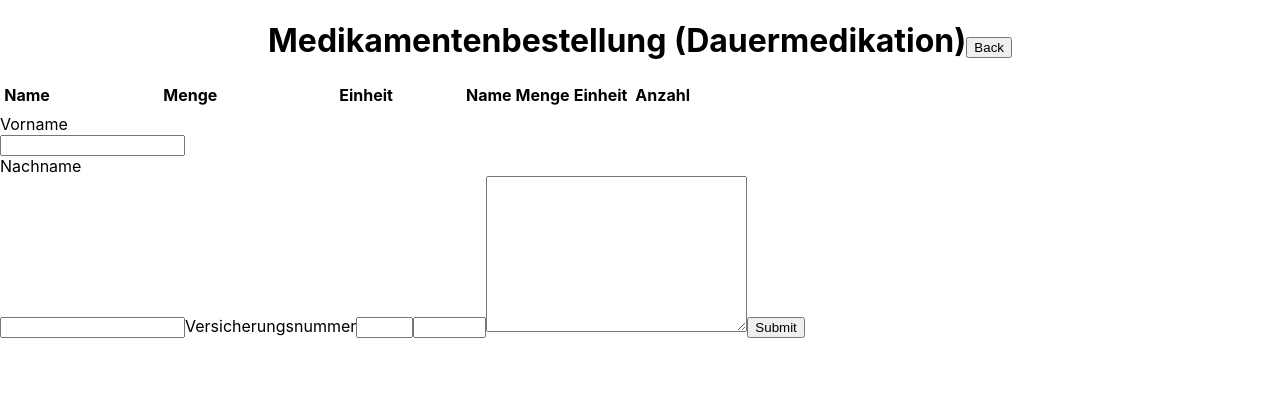
Repository: Esatollah/MedDemo
Page: / (app in client/)
An editor plug-in stored every save of this project. The page is shown before and after the next save, followed by the edit.
The browser window is 1280 px wide. The pictures show the whole page.
The page's requests for data from a server got no answer. The project was rebuilt for these pictures with package versions that can differ from the ones it lists, and the page was loaded fresh each time. No one was signed in, and anything a server would have sent is missing. Also part of the build but not shown: client/src/App.css, client/src/Routes/Bestellungen.jsx.

Above is the page before, as saved 2022-06-08 16:33:09.

### client/src/App.js
import './App.css';
import SearchBar from './Routes/Search';
import {BrowserRouter, Routes, Route} from 'react-router-dom'
import Bestellungen from './Routes/Bestellungen';
import ReactModal from 'react-modal';

ReactModal.setAppElement('#root')
function App() {
  return (
    <BrowserRouter>
    <Routes>
      <Route path='/' element={<div><SearchBar/></div>}/>
      <Route path='/bestellungen' element={<div><Bestellungen/></div>}/>
    </Routes>
    </BrowserRouter>
  );
}

export default App;

### client/src/Routes/Search.jsx
import React, { useState, useEffect } from 'react'
import DrugAPI from '../api/DrugAPI';
import Form from '../components/Form';
import './Search.css'


const Search = () => {

  const [searchinput, setSearchinput] = useState("Metformin");
  const [drugs, setDrugs] = useState([]);
  const [cartitems, setCartitems] = useState([]);

  // add loading screen, maybe with loading while drugs empty
  useEffect(() => {
    const fetchData = async () => {
      try {
        const result = await DrugAPI.get(`/?drugsearch=${searchinput}`)
        setDrugs(result.data.meds)
      } catch (err) {
        console.error(err);
      }
    }

    fetchData();

  }, [searchinput])

  const handleDrugClick = (e, x) => {
    const is_in_cart = cartitems.some(y => {
      if (y.id === x.id) {
        return true;
      }

      return false;
    })

    if (is_in_cart) {
      return
    }
    let temp = { ...x, anzahl: "1" }
    setCartitems([...cartitems, temp]);
  }

  const handleDelete = (e, x, index) => {
    let temp = [...cartitems]

    temp.splice(index, 1);

    setCartitems(temp);
  }

  const handleCountchange = (e, x, index) => {
    let temps = [...cartitems]
    let temp = {
      ...temps[index],
      anzahl: e.target.value
    }
    temps[index] = temp
    setCartitems(temps);

  }


  return (
    <>
      <h1>Medikamentenbestellung (Dauermedikation)<a href='/bestellungen'><button >Back</button></a></h1>
        <div className='search-box'>
          <input type="search" placeholder="Suche" id="search" value={searchinput} onChange={e => setSearchinput(e.target.value)} />
          <div className='table-box'>
            <table className='drugtable'>
              <thead>
                <tr>
                  <th scope='col'>
                    Name
                  </th>
                  <th scope='col'>Menge</th>
                  <th scope='col'>Einheit</th>
                  <th scope='col'></th>
                </tr>
              </thead>
              <tbody>
                {drugs && drugs.map((x) => {
                  return (
                    <tr key={x.id} className="drug-row" >
                      <td className={x.name}>{x.name}</td>
                      <td>{x.menge}</td>
                      <td>{x.mengenart}</td>
                      <td><button onClick={(e) => { handleDrugClick(e, x) }}>+</ button></td>
                    </tr>
                  )
                })}
              </tbody>

            </table>
          </div>

        <div>
          <table>
            <thead>
              <tr>
                <th scope='col'>
                  Name
                </th>
                <th scope='col'>Menge</th>
                <th scope='col'>Einheit</th>
                <th scope='col'></th>
                <th scope='col'>Anzahl</th>
              </tr>
            </thead>
            <tbody>
              {cartitems && cartitems.map((x, index) => {
                if (x.abgabezahl) {
                  return (
                    <tr key={index} className="drug-row" >
                      <td>{x.name}</td>
                      <td>{x.menge}</td>
                      <td>{x.mengenart}</td>
                      <td><button onClick={(e) => handleDelete(e, x, index)}>-</button></td>
                      <td><select onChange={(e) => { handleCountchange(e, x, index) }}><option value="1">1</option><option value="2">2</option></select></td>
                    </tr>
                  )
                }
                return (
                  <tr key={index} className="drug-row" >
                    <td>{x.name}</td>
                    <td>{x.menge}</td>
                    <td>{x.mengenart}</td>
                    <td><button onClick={(e) => handleDelete(e, x, index)}>-</button></td>
                    <td>1</td>
                  </tr>
                )
              })}
            </tbody>
          </ table>
        </div>
      </div>

      <Form cartitems={cartitems} setCartitems={setCartitems} />
    </>
  )
}

export default Search

### client/src/api/DrugAPI.js
import axios from 'axios'

export default axios.create({
    baseURL: "http://localhost:5000/api"
})

### client/src/components/Form.jsx
import React, {useState}from 'react'
import DrugAPI from '../api/DrugAPI'

const Form = props => {

    const [fname, setFname] = useState('');
    const [lname, setLname] = useState('');
    const [vpin, setVpin] = useState('');
    const [vbday, setVbday] = useState('');
    const [anmerkungen, setAnmerkungen] = useState('');

    const handleSubmit = (e) => {

        e.preventDefault();
        const formdata = {
            fname,
            lname,
            vpin,
            vbday,
            anmerkungen
        }

        const fetchData = async () =>{
            try {
            await DrugAPI.post("/", {drugs:{...props.cartitems}, ...formdata})
            } catch (error) {
                console.error(error);
            }
    }

    fetchData();

    setFname('');setLname('');setVpin('');setVbday('');setAnmerkungen('');
    props.setCartitems([]);

}


  return (
    <div>
        <form onSubmit={(e) =>handleSubmit(e)}>
            <label htmlFor="fname">Vorname</label><br/>
            <input type="text" value={fname} id="fname" name="fname" onChange={(e)=> setFname(e.target.value)}required/><br/>
            <label htmlFor="lname">Nachname</label><br />
            <input type="text" id="lname" value={lname} onChange={(e) => setLname(e.target.value)}name="lname" required />
            <label htmlFor="pin">Versicherungsnummer</label>
            <input type="text" id="pin" value={vpin} onChange={(e) => setVpin(e.target.value)} name="pin" size="4" minLength="4"maxLength="4" required/>
            <input type="text" id="bday" value={vbday} onChange={(e) => setVbday(e.target.value)} name="bday" size="6" minLength={6} maxLength={6} required/>
            <textarea value={anmerkungen} onChange={(e) => setAnmerkungen(e.target.value)} name="message" rows="10" cols="30">
            </textarea>
            <input type="submit" value="Submit" ></input><br />
        </form>
    </div>

  )
}

export default Form

### client/src/Routes/Search.css
#search {
    width:80%;
    height: 2rem;
    outline:none;
    border-top: hidden;
    border-right: hidden;
    border-left: hidden;
    font-size: 2rem;
}

.table-box {
    max-height: 200px;
    max-width: 100%;
    min-width:80%;
    overflow-y: auto;
}

h1 {
    display:flex;
    justify-content: center;
}


.search-box {
    display: flex;
    max-width:50%;
    justify-content: center;
}

.drug-row:hover {
    background-color: beige;
}

.drugtable {
    width: 100%;
}

Loaded but not shown: client/public/index.html (common file); client/src/index.js (common file); client/src/index.css (common file)

After the next save:
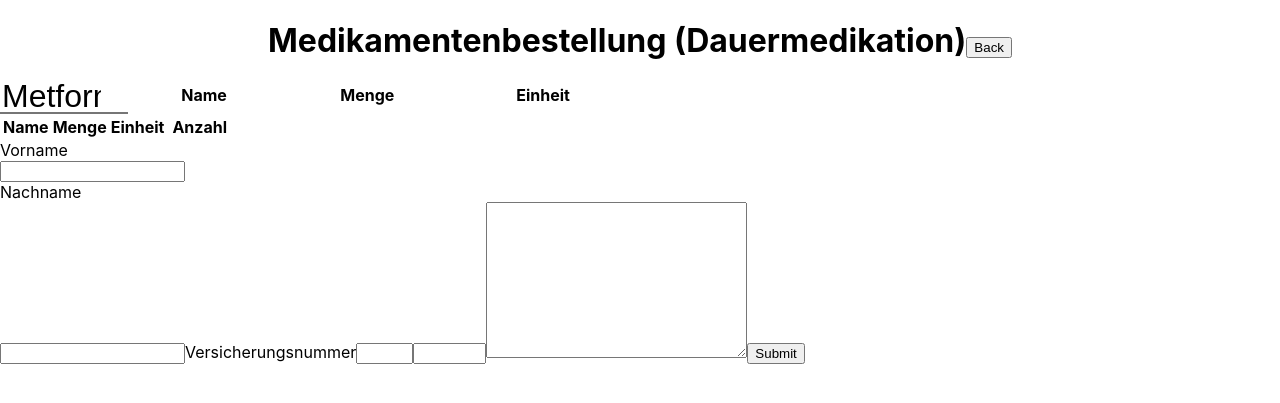
Saved 17 s later.
--- a/client/src/Routes/Search.jsx
+++ b/client/src/Routes/Search.jsx
@@ -64,6 +64,7 @@ const Search = () => {
   return (
     <>
       <h1>Medikamentenbestellung (Dauermedikation)<a href='/bestellungen'><button >Back</button></a></h1>
+      <div className='order-box'>
         <div className='search-box'>
           <input type="search" placeholder="Suche" id="search" value={searchinput} onChange={e => setSearchinput(e.target.value)} />
           <div className='table-box'>
@@ -93,6 +94,7 @@ const Search = () => {
 
             </table>
           </div>
+        </div>
 
         <div>
           <table>
